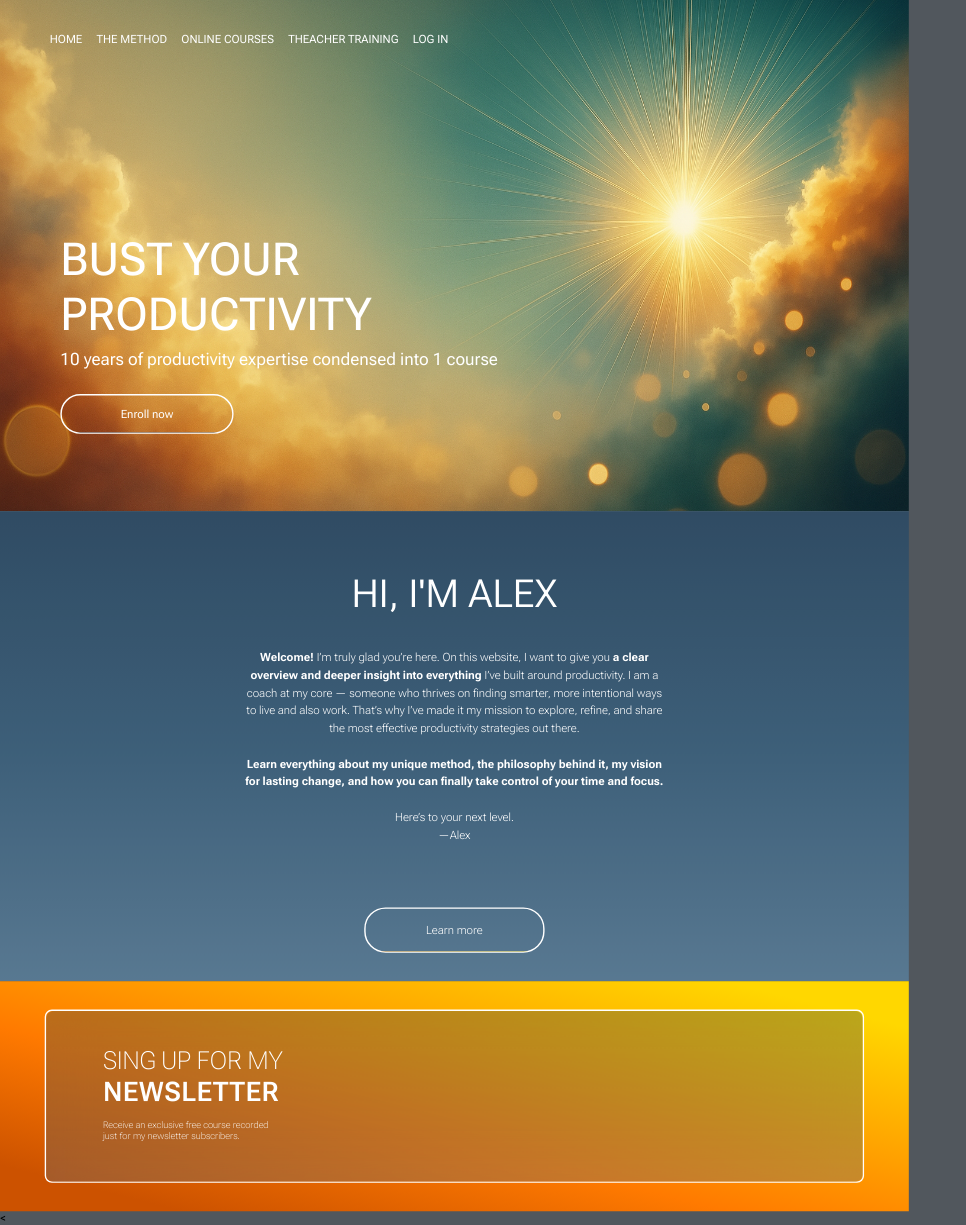
Repository: Parnicoza/testecomplete
Page: Productivity.copie.html
These files come from the project's save history. The page is drawn as it stood at one moment and after the next save; the edit follows.
The browser window is 1280 px wide. The page is 1310 px wide, then 1360 px, so the pictures cover 1360 px, including what lies to the right of the window. The pictures show the whole page, at 71% of full size.

Above is the page before, as saved 2025-05-29 12:26:46.

After the next save:
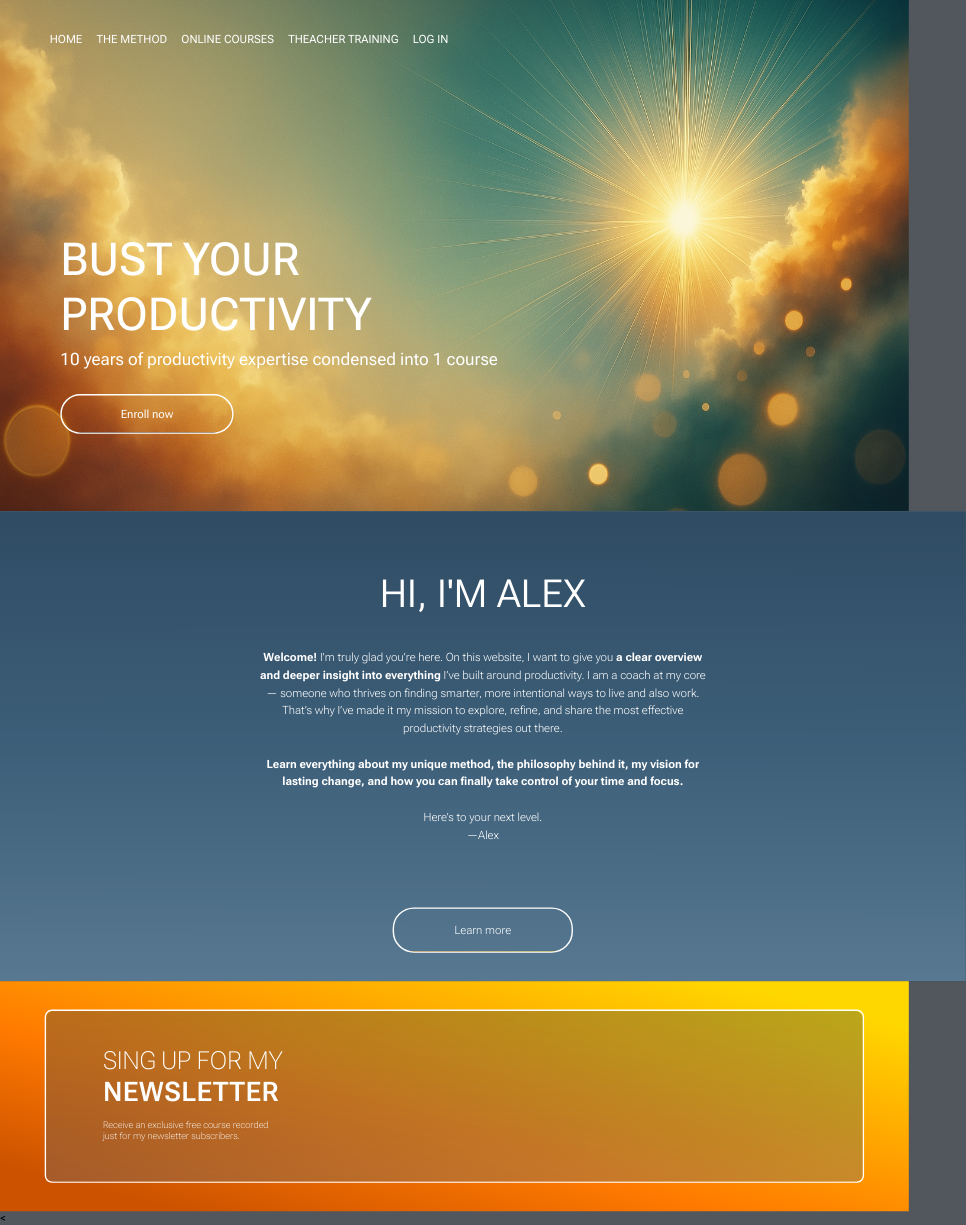
Saved 68 s later.
--- a/peoductivitate.css
+++ b/peoductivitate.css
@@ -24,7 +24,9 @@ body{
     padding: 40px;
     margin-top: 0;
     min-height: 60vh;
-    width: 100 vw;
+    width: 100vw;
+    overflow-x: hidden;
+
 }
 
 nav{
